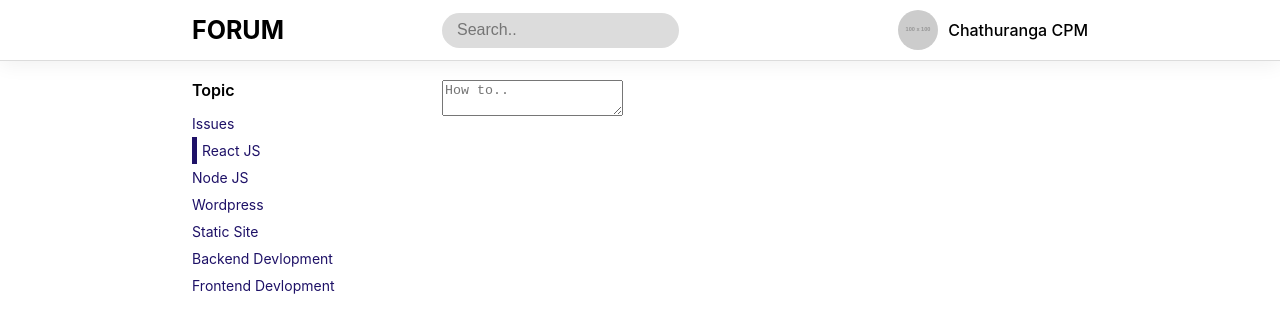
Repository: ChathurangaCPM/developer-forum
Page: / (app in client/)
An editor plug-in stored every save of this project. The page is shown before and after the next save, followed by the edit.
The browser window is 1280 px wide. The pictures show the whole page.
The project was rebuilt for these pictures with package versions that can differ from the ones it lists, and the page was loaded fresh each time.

Above is the page before, as saved 2022-05-09 21:14:34.

After the next save:
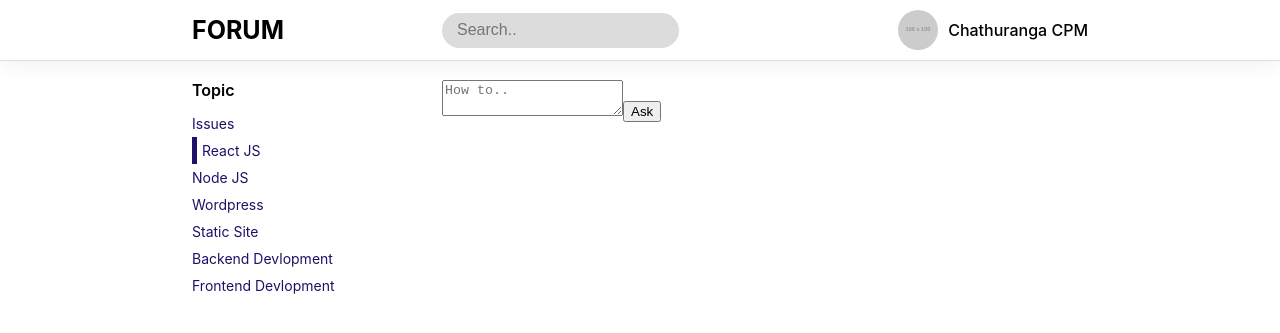
Saved 27 s later.
--- a/client/src/components/AddQuestion/AddQuestion.js
+++ b/client/src/components/AddQuestion/AddQuestion.js
@@ -4,6 +4,7 @@ function AddQuestion() {
 		<div className="AddQuestion_wrapper">
 			<form >
                 <textarea placeholder="How to.."></textarea>
+                <button type="submit">Ask</button>
             </form>
 		</div>
 	);
